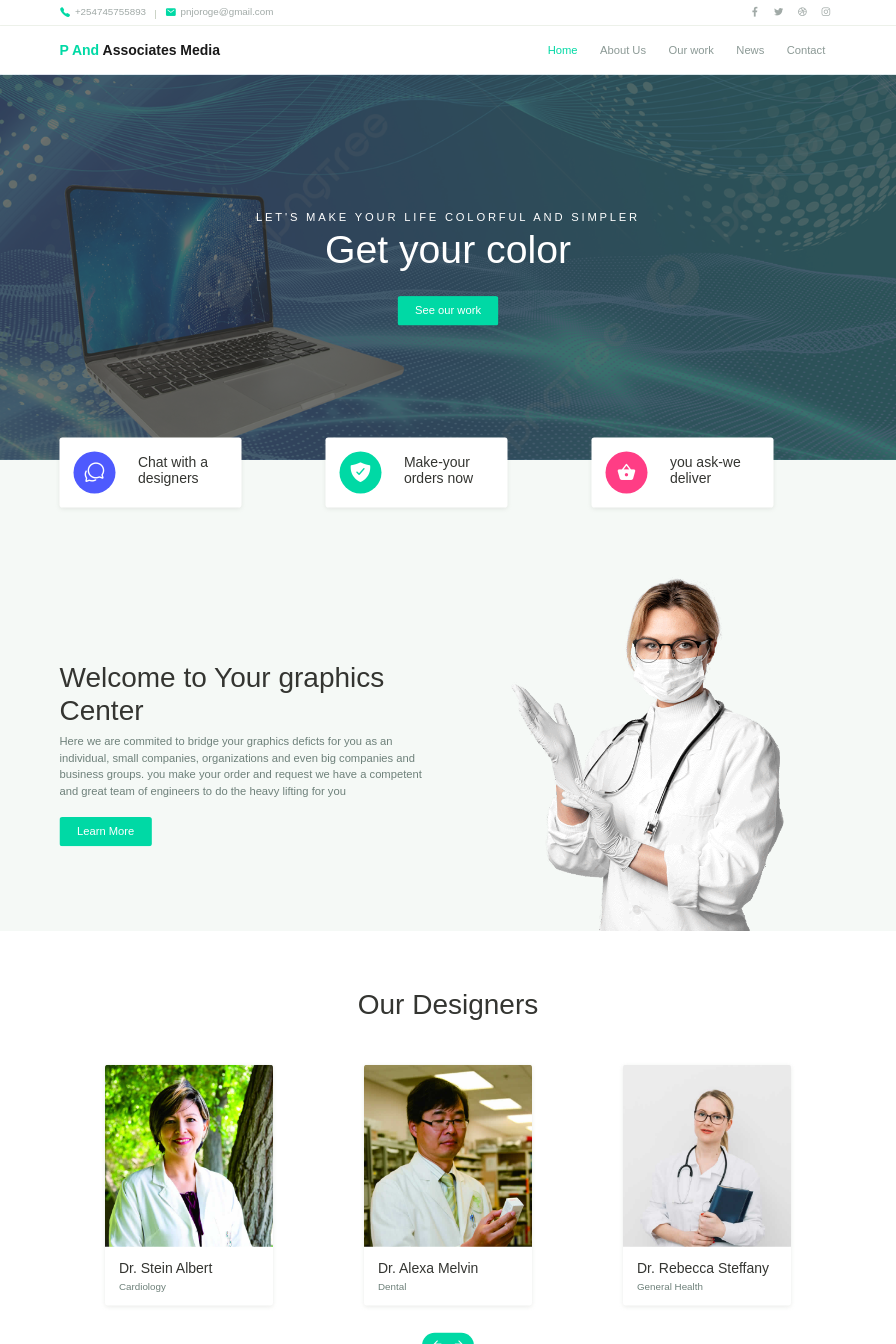
Repository: profbkmurage/myWeb
Page: html/index.html
These files come from the project's save history. The page is drawn as it stood at one moment and after the next save; the edit follows.
The browser window is 1280 px wide. The pictures show the part of the page from y = 0 to 1920 px (the page is 3491 px tall), at 70% of full size.

Above is the page before, as saved 2023-12-11 13:11:51.

After the next save:
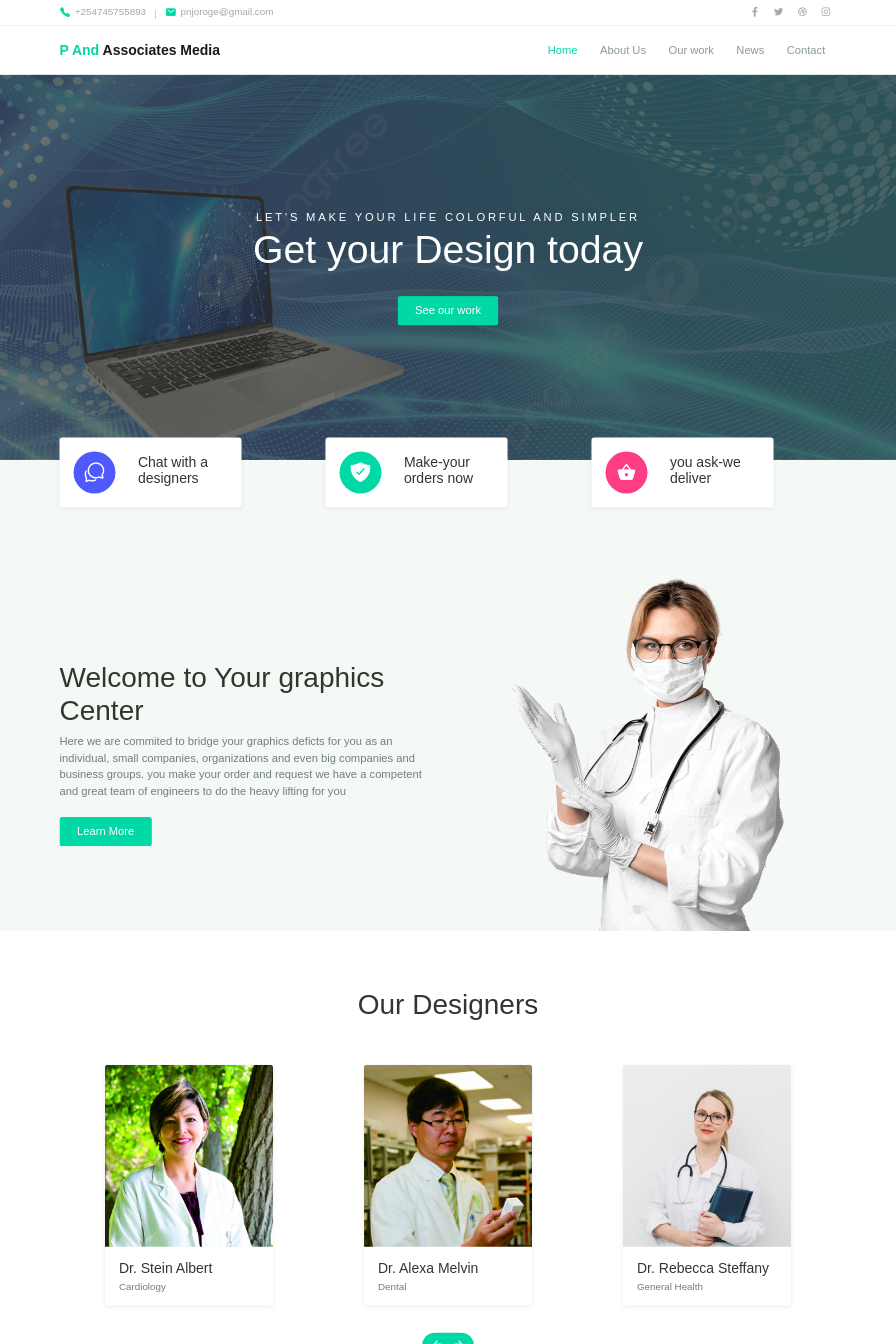
Saved 33 s later.
--- a/html/index.html
+++ b/html/index.html
@@ -93,7 +93,7 @@
     <div class="hero-section">
       <div class="container text-center wow zoomIn">
         <span class="subhead">Let's make your life colorful and simpler</span>
-        <h1 class="display-4">Get your color</h1>
+        <h1 class="display-4">Get your Design today</h1>
         <a href="./work.html" class="btn btn-primary">See our work</a>
       </div>
     </div>
